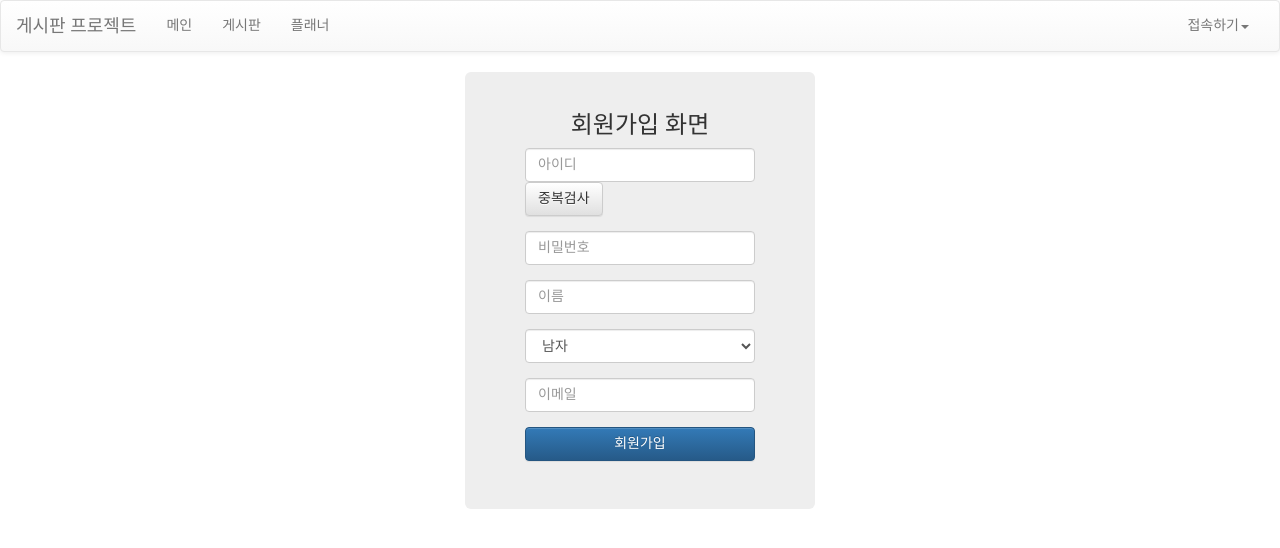
Repository: Seok7975/JSP-Education
Page: http://localhost/ToDoList공유_게시판_ver3/join.jsp
These files come from the project's save history. The page is drawn as it stood at one moment and after the next save; the edit follows.
The browser window is 1280 px wide. The pictures show the whole page.
Some web fonts or font styles are not loaded; a fallback is used. Some web libraries are served in a nearby version. The page is served by Tomcat 9. Other server files are loaded and not shown.

Above is the page before, as saved 2024-06-20 09:08:14.

### List_Projects_ver3/ToDoList공유 게시판_ver3/src/main/webapp/join.jsp
<%@ page language="java" contentType="text/html; charset=UTF-8"
    pageEncoding="UTF-8"%>
<%
    String idCheckResult = request.getParameter("idCheckResult");
    String userId = request.getParameter("userId");
    String password = request.getParameter("password");
    String name = request.getParameter("name");
    String gender = request.getParameter("gender");
    String email = request.getParameter("email");
%>
<!DOCTYPE html>
<html>
<head>
<meta http-equiv="Content-Type" content="text/html; charset=UTF-8">
<meta name="viewport" content="width=device-width, initial-scale=1">
<!-- Latest compiled and minified CSS -->
<link rel="stylesheet" href="https://cdn.jsdelivr.net/npm/bootstrap@3.3.7/dist/css/bootstrap.min.css" integrity="sha384-BVYiiSIFeK1dGmJRAkycuHAHRg32OmUcww7on3RYdg4Va+PmSTsz/K68vbdEjh4u" crossorigin="anonymous">
<!-- Optional theme -->
<link rel="stylesheet" href="https://cdn.jsdelivr.net/npm/bootstrap@3.3.7/dist/css/bootstrap-theme.min.css" integrity="sha384-rHyoN1iRsVXV4nD0JutlnGaslCJuC7uwjduW9SVrLvRYooPp2bWYgmgJQIXwl/Sp" crossorigin="anonymous">
<!-- jQuery (necessary for Bootstrap's JavaScript plugins) -->
<script src="https://code.jquery.com/jquery-3.1.1.min.js"></script>
<!-- Latest compiled and minified JavaScript -->
<script src="https://cdn.jsdelivr.net/npm/bootstrap@3.3.7/dist/js/bootstrap.min.js" integrity="sha384-Tc5IQib027qvyjSMfHjOMaLkfuWVxZxUPnCJA7l2mCWNIpG9mGCD8wGNIcPD7Txa" crossorigin="anonymous"></script>
<link rel="stylesheet" href="css/jumbotronCustom.css">
<title>JSP 게시판 웹 사이트</title>
</head>
<body>
    <nav class="navbar navbar-default">
        <div class="container-fluid">
            <div class="navbar-header">
                <button type="button" class="navbar-toggle collapsed" data-toggle="collapse" data-target="#bs-example-navbar-collapse-1" aria-expanded="false">
                    <span class="sr-only">Toggle navigation</span>
                    <span class="icon-bar"></span>
                    <span class="icon-bar"></span>
                    <span class="icon-bar"></span>
                </button>
                <a class="navbar-brand" href="main.jsp">게시판 프로젝트</a>
            </div>
            <div class="collapse navbar-collapse" id="bs-example-navbar-collapse-1">
                <ul class="nav navbar-nav">
                    <li><a href="main.jsp">메인</a></li>
                    <li><a href="bbs.jsp">게시판</a></li>
                    <li><a href="planner/planner.jsp">플래너</a></li>
                </ul>
                <ul class="nav navbar-nav navbar-right">
                    <li class="dropdown">
                        <a href="#" class="dropdown-toggle" data-toggle="dropdown" role="button" aria-haspopup="true" aria-expanded="false">접속하기<span class="caret"></span></a>
                        <ul class="dropdown-menu">
                            <li><a href="login.jsp">로그인</a></li>
                            <li class="active"><a href="join.jsp">회원가입</a></li>
                        </ul>
                    </li>
                </ul>
            </div>
        </div>
    </nav>
    <div class="container">
        <div class="col-lg-4"></div>
        <div class="col-lg-4">
            <div class="jumbotron" style="padding-top: 20px;">
                <form method="post" action="joinAction.jsp" onsubmit="return checkForm()">
                    <h3 style="text-align: center;">회원가입 화면</h3>
                    <div class="form-group">
                        <input type="text" class="form-control" placeholder="아이디" id="userId" name="userId" value="<%= userId != null ? userId : "" %>">
                        <button type="button" class="btn btn-default" onclick="checkId()">중복검사</button>
                        <span id="idCheckResult" style="margin-left: 10px; color: red;"><%= idCheckResult != null ? idCheckResult : "" %></span>
                    </div>
                    <div class="form-group">
                        <input type="password" class="form-control" placeholder="비밀번호" name="password" value="<%= password != null ? password : "" %>">
                    </div>
                    <div class="form-group">
                        <input type="text" class="form-control" placeholder="이름" name="name" value="<%= name != null ? name : "" %>">
                    </div>
                    <div class="form-group">
                        <select class="form-control" name="gender">
                            <option value="남자" <%= "남자".equals(gender) ? "selected" : "" %>>남자</option>
                            <option value="여자" <%= "여자".equals(gender) ? "selected" : "" %>>여자</option>
                        </select>
                    </div>
                    <div class="form-group">
                        <input type="text" class="form-control" placeholder="이메일" name="email" value="<%= email != null ? email : "" %>">
                    </div>
                    <button type="submit" class="btn btn-primary btn-block">회원가입</button>
                </form>
            </div>
        </div>
        <div class="col-lg-4"></div>
    </div>
    <script>
        function checkId() {
            var userId = document.getElementById("userId").value;
            if (userId === "") {
                alert("아이디를 입력해주세요.");
                return;
            }
            var url = "checkId.jsp?userId=" + encodeURIComponent(userId);
            window.open(url, "checkId", "width=300,height=200");
        }
    </script>
</body>
</html>

### List_Projects_ver3/ToDoList공유 게시판_ver3/src/main/webapp/css/jumbotronCustom.css

@import url(http://fonts.googleapis.com/earlyaccess/nanumgothic.css);
@import url(http://fonts.googleapis.com/earlyaccess/hanna.css);
* {
	font-family : 'Nanum Gothic';
}

h1 {
	font-family : 'Hanna';
}

After the next save:
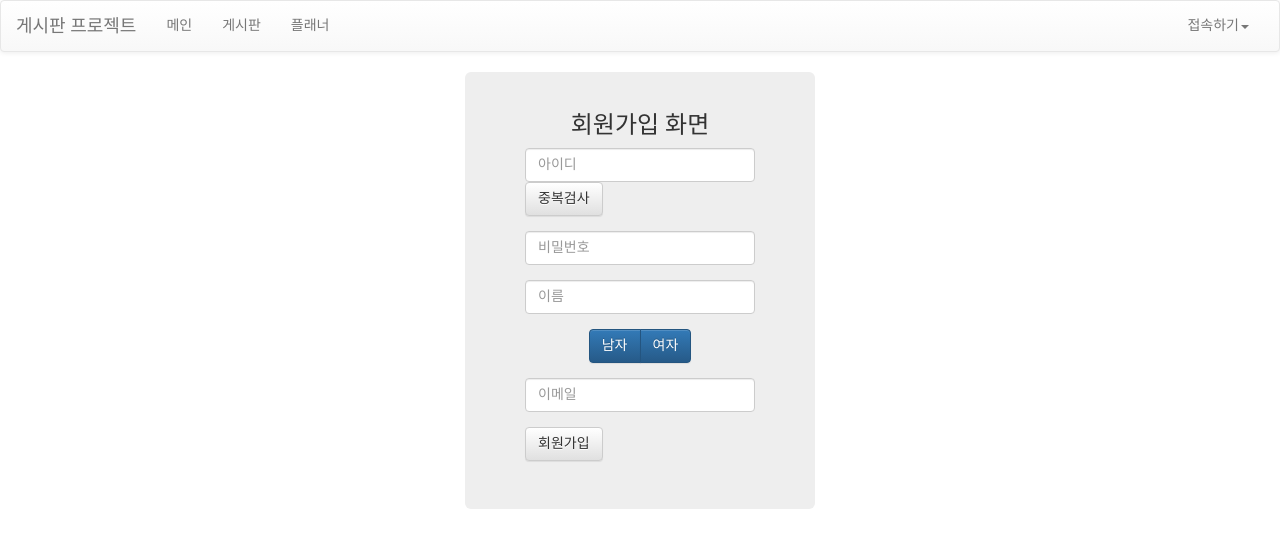
Saved 6 s later.
--- a/List_Projects_ver3/ToDoList공유 게시판_ver3/src/main/webapp/join.jsp
+++ b/List_Projects_ver3/ToDoList공유 게시판_ver3/src/main/webapp/join.jsp
@@ -61,40 +61,52 @@
                 <form method="post" action="joinAction.jsp" onsubmit="return checkForm()">
                     <h3 style="text-align: center;">회원가입 화면</h3>
                     <div class="form-group">
-                        <input type="text" class="form-control" placeholder="아이디" id="userId" name="userId" value="<%= userId != null ? userId : "" %>">
-                        <button type="button" class="btn btn-default" onclick="checkId()">중복검사</button>
-                        <span id="idCheckResult" style="margin-left: 10px; color: red;"><%= idCheckResult != null ? idCheckResult : "" %></span>
+                        <input type="text" class="form-control" placeholder="아이디" id="userId" name="userId" value="<%= userId != null ? userId : "" %>" required maxlength="20">
+                        <button type="button" class="btn btn-default" onclick="checkUserId()">중복검사</button>
+                    </div>
+                    <div id="idCheckResult" class="form-group"><%= idCheckResult != null ? idCheckResult : "" %></div>
+                    <div class="form-group">
+                        <input type="password" class="form-control" placeholder="비밀번호" id="password" name="password" value="<%= password != null ? password : "" %>" required maxlength="20">
                     </div>
                     <div class="form-group">
-                        <input type="password" class="form-control" placeholder="비밀번호" name="password" value="<%= password != null ? password : "" %>">
+                        <input type="text" class="form-control" placeholder="이름" id="name" name="name" value="<%= name != null ? name : "" %>" required maxlength="20">
+                    </div>
+                    <div class="form-group" style="text-align: center;">
+                        <div class="btn-group" data-toggle="buttons">
+                            <label class="btn btn-primary <%= "남자".equals(gender) ? "active" : "" %>">
+                                <input type="radio" name="gender" id="male" value="남자" autocomplete="off" <%= "남자".equals(gender) ? "checked" : "" %> required> 남자
+                            </label>
+                            <label class="btn btn-primary <%= "여자".equals(gender) ? "active" : "" %>">
+                                <input type="radio" name="gender" id="female" value="여자" autocomplete="off" <%= "여자".equals(gender) ? "checked" : "" %> required> 여자
+                            </label>
+                        </div>
                     </div>
                     <div class="form-group">
-                        <input type="text" class="form-control" placeholder="이름" name="name" value="<%= name != null ? name : "" %>">
+                        <input type="email" class="form-control" placeholder="이메일" id="email" name="email" value="<%= email != null ? email : "" %>" required maxlength="50">
                     </div>
-                    <div class="form-group">
-                        <select class="form-control" name="gender">
-                            <option value="남자" <%= "남자".equals(gender) ? "selected" : "" %>>남자</option>
-                            <option value="여자" <%= "여자".equals(gender) ? "selected" : "" %>>여자</option>
-                        </select>
-                    </div>
-                    <div class="form-group">
-                        <input type="text" class="form-control" placeholder="이메일" name="email" value="<%= email != null ? email : "" %>">
-                    </div>
-                    <button type="submit" class="btn btn-primary btn-block">회원가입</button>
+                    <button type="submit" class="btn btn-default">회원가입</button>
                 </form>
             </div>
         </div>
         <div class="col-lg-4"></div>
     </div>
     <script>
-        function checkId() {
+        function checkUserId() {
             var userId = document.getElementById("userId").value;
             if (userId === "") {
-                alert("아이디를 입력해주세요.");
+                alert("아이디를 입력하세요.");
                 return;
             }
-            var url = "checkId.jsp?userId=" + encodeURIComponent(userId);
-            window.open(url, "checkId", "width=300,height=200");
+            window.location.href = "checkId.jsp?userId=" + userId;
+        }
+
+        function checkForm() {
+            var idCheckResult = document.getElementById("idCheckResult").innerText;
+            if (idCheckResult !== "사용 가능한 아이디입니다.") {
+                alert("아이디 중복검사를 해주세요.");
+                return false;
+            }
+            return true;
         }
     </script>
 </body>
